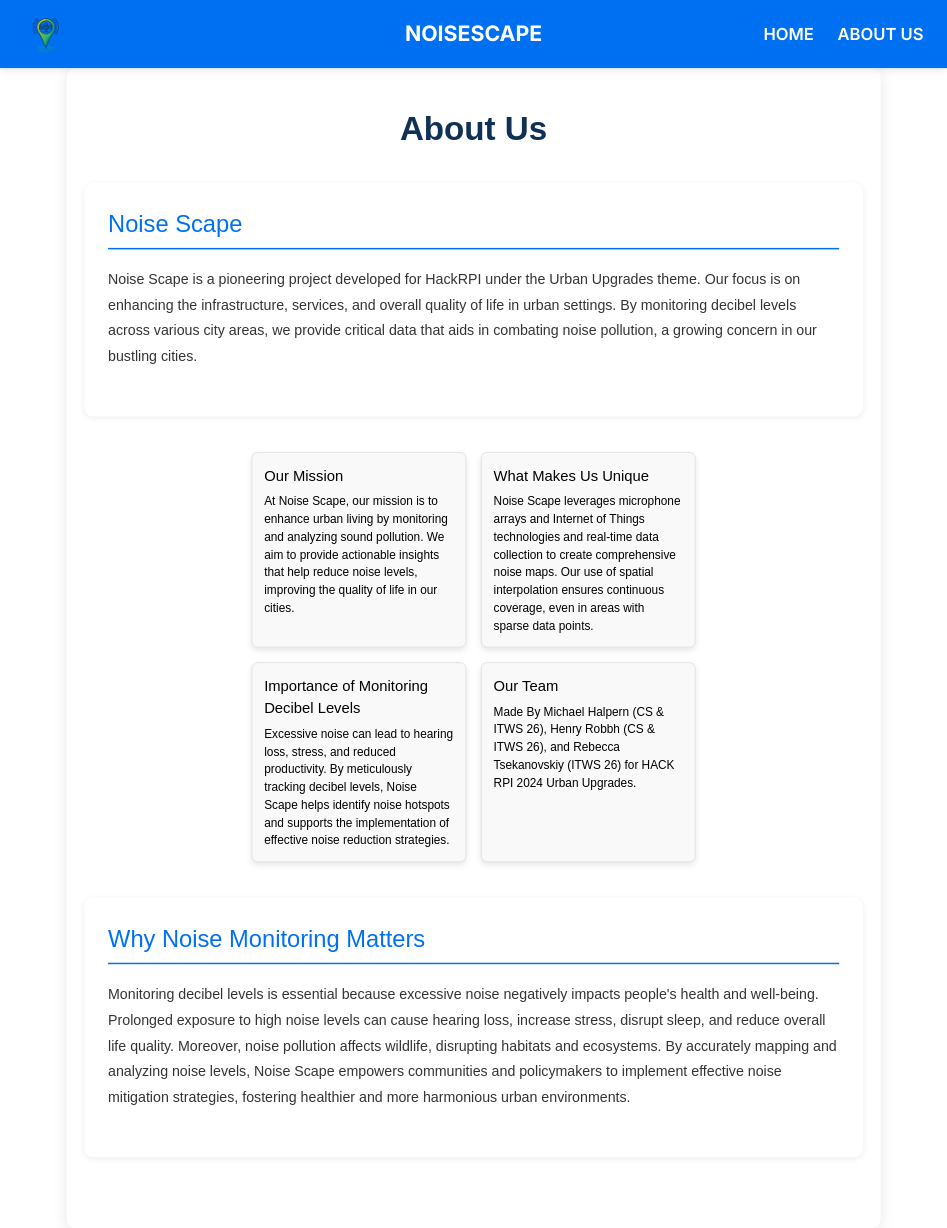
Repository: michaelhelper/HackRPI24
Page: /aboutUs (app in nextjs-dashboard/)
An editor plug-in stored every save of this project. The page is shown before and after the next save, followed by the edit.
The browser window is 1280 px wide. The pictures show the whole page, at 74% of full size.
Some web fonts or font styles are not loaded; a fallback is used. The project was rebuilt for these pictures with package versions that can differ from the ones it lists, and the page was loaded fresh each time. The framework's server and built-in components were replaced by stand-ins that run in the browser. Also part of the build but not shown: nextjs-dashboard/next.config.ts.

Above is the page before, as saved 2024-11-10 10:58:35.

After the next save:
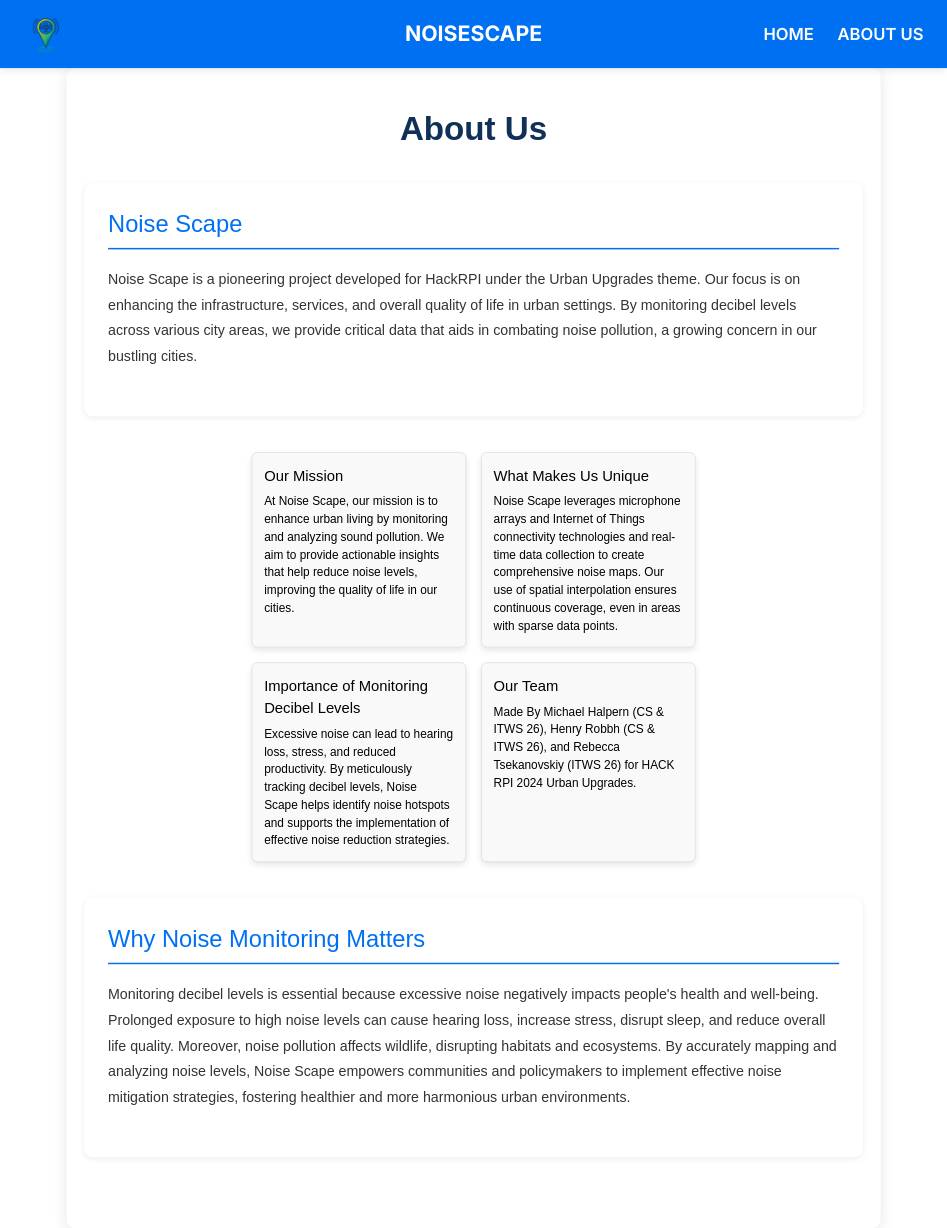
Saved 5 s later.
--- a/nextjs-dashboard/app/aboutus.tsx
+++ b/nextjs-dashboard/app/aboutus.tsx
@@ -15,7 +15,7 @@ const AboutUs: React.FC = () => {
     {
       title: 'What Makes Us Unique',
       content:
-        'Noise Scape leverages microphone arrays and Internet of Things  technologies and real-time data collection to create comprehensive noise maps. Our use of spatial interpolation ensures continuous coverage, even in areas with sparse data points.',
+        'Noise Scape leverages microphone arrays and Internet of Things connectivity technologies and real-time data collection to create comprehensive noise maps. Our use of spatial interpolation ensures continuous coverage, even in areas with sparse data points.',
     },
     {
       title: 'Importance of Monitoring Decibel Levels',
